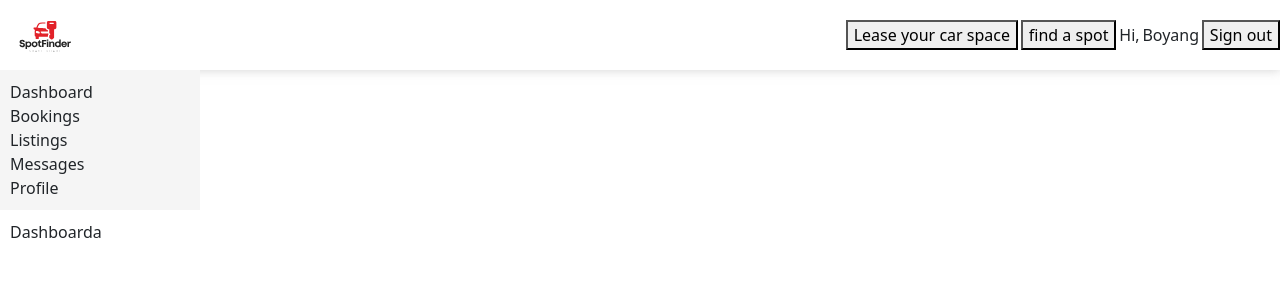
Repository: UNSWSpotFinder/SpotFinder
Page: /dashboard (app in frontend/)
An editor plug-in stored every save of this project. The page is shown before and after the next save, followed by the edit.
The browser window is 1280 px wide. The pictures show the whole page.
The project was rebuilt for these pictures with package versions that can differ from the ones it lists, and the page was loaded fresh each time. Also part of the build but not shown: frontend/src/Login.css, frontend/src/Login.jsx, frontend/src/Regist.css, frontend/src/Regist.jsx, frontend/src/HomePage.jsx, frontend/src/App.css, frontend/src/components/Bookings.jsx, frontend/src/components/Listings.jsx and 2 more.

Above is the page before, as saved 2024-03-09 18:56:37.

After the next save:
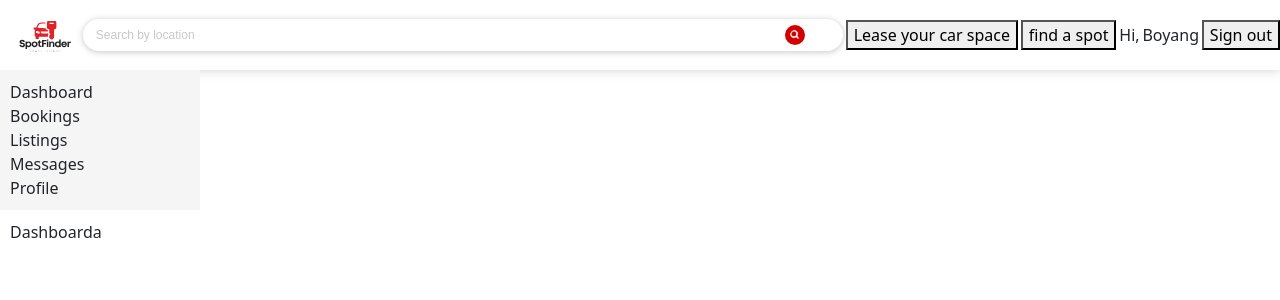
Saved 17 s later.
--- a/frontend/src/components/DashboardTop.jsx
+++ b/frontend/src/components/DashboardTop.jsx
@@ -9,7 +9,13 @@ const DashboardTop = () => {
         {/* Logo图像 */}
         <img src='/img/LOGO.svg' className='Applogo'></img>
         {/* 搜索区域 */}
-        <div className='SearchPart'></div>
+        <div className='SearchPart'>
+          {/* 搜索图标 */}
+          <img className='searchbtn' src='/img/search.png'></img>
+                {/* 搜索输入框 */}
+                <input className='Searchbar' placeholder='Search by location'></input>
+
+        </div>
 
 
 
